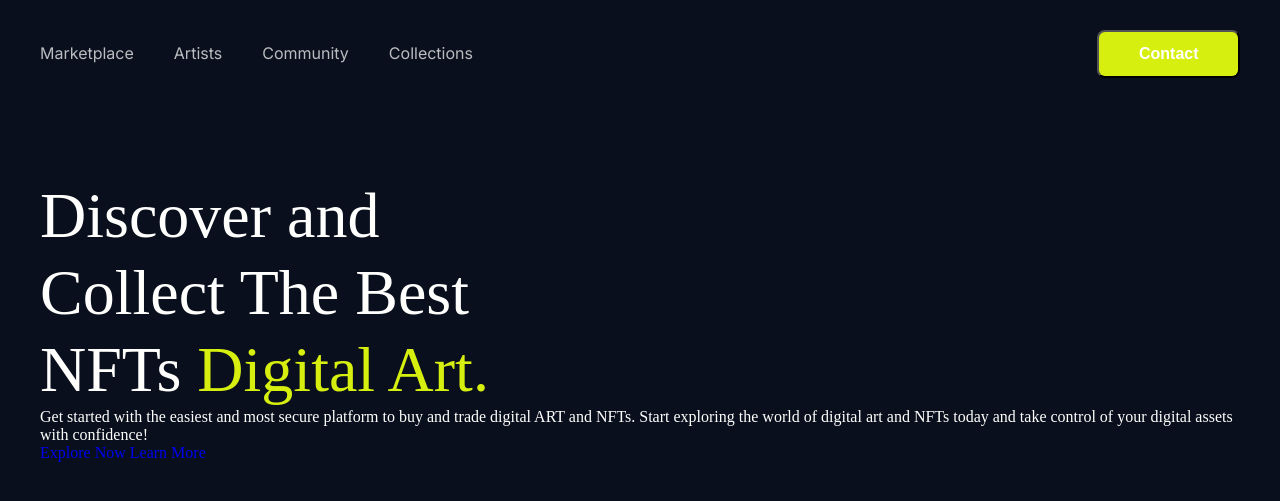
Repository: Kamron5505/NftMarketplace
Page: index.html
These files come from the project's save history. The page is drawn as it stood at one moment and after the next save; the edit follows.
The browser window is 1280 px wide. The pictures show the whole page.
Some web fonts or font styles are not loaded; a fallback is used.

Above is the page before, as saved 2025-07-08 00:08:26.

### index.html
<!DOCTYPE html>
<html lang="en">

<head>
    <meta charset="UTF-8">
    <meta name="viewport" content="width=device-width, initial-scale=1.0">
    <title>NFTMarketplace Landing</title>
    <link rel="stylesheet" href="./style.css">
    <link
        href="https://fonts.googleapis.com/css2?family=Inter:wght@400;600;700&family=Source+Sans+Pro:wght@400;600;700&display=swap"
        rel="stylesheet">
</head>

<body>
    <header class="header">
        <div class="container">
            <nav class="nav">
                <ul class="nav-list">
                    <li class="nav-item"><a href="#" class="nav-link">Marketplace</a></li>
                    <li class="nav-item"><a href="#" class="nav-link">Artists</a></li>
                    <li class="nav-item"><a href="#" class="nav-link">Community</a></li>
                    <li class="nav-item"><a href="#" class="nav-link">Collections</a></li>
                </ul>
                <button class="header-contact-btn">Contact</button>
            </nav>
        </div>
    </header>
    <main class="main">
        <section class="nft-section">
            <div class="container">
                <div class="nft-wrapper">
                    <div class="content-left">
                        <h1 class="title">
                            Discover and <br>
                            Collect The Best <br>
                            NFTs <span class="highlight"> Digital Art.</span>
                        </h1>

                        <p class="description">
                            Get started with the easiest and most secure platform to buy and trade digital ART and NFTs.
                            Start exploring the world of digital art and NFTs today and take control of your digital
                            assets with confidence!
                        </p>

                        <div class="buttons">
                            <a href="#" class="btn btn-primary">Explore Now</a>
                            <a href="#" class="btn btn-secondary">Learn More</a>
                        </div>

                        <!-- <div class="stats">
                            <div class="stat">
                                <div class="number">8.9K</div>
                                <div class="label">Art work</div>
                            </div>
                            <div class="stat">
                                <div class="number">65K</div>
                                <div class="label">Artist</div>
                            </div>
                            <div class="stat">
                                <div class="number">87K</div>
                                <div class="label">Collection</div>
                            </div>
                        </div>
                    </div> -->
                    <!-- <div class="content-right">
                        <div class="card">
                            <img src="nft-image.jpg" alt="NFT Image" class="card-image">
                            <div class="card-info">
                                <div class="card-timer">
                                    <span>Ends in</span>
                                    <span class="time">05:45:47</span>
                                </div>
                                <div class="card-bid">
                                    <span>Current bid</span>
                                    <span class="eth">0.24 ETH</span>
                                </div>
                                <a href="#" class="btn btn-bid">Place A Bid</a>
                            </div>
                        </div>
                    </div> -->
                </div>
            </div>
        </section>
    </main>
</body>

</html>

### style.css
@font-face {
    font-family: 'Canela';
    src: url('../fonts/Canela-Bold.woff2') format('woff2');
    font-weight: bold;
    font-style: normal;
}

* {
    margin: 0;
    padding: 0;
    text-decoration: none;
    list-style: none;
    box-sizing: border-box;
}

body {
    background: #090f1d;
    color: #fffffd;
}

:root {
    --font-family: "Inter", sans-serif;
    ---family: "Source Sans Pro", sans-serif;
    --third-family: "Canela", sans-serif;
}

h1,
h2,
h3,
h4,
h5,
h6 {
    font-family: 'Canela', serif;
    font-weight: bold;
    font-weight: 500;
    font-size: 64px;
    line-height: 120%;
    color: #fffffd;
}

:root {
    --font-family: "Inter", sans-serif;
    --second-family: "Source Sans Pro", sans-serif;
    --third-family: "Canela", sans-serif;
}

.highlight {
    color: #d6ef0e;
}

.header {
    margin-top: 30px;
    font-family: "Inter", sans-serif;
}

.container {
    width: 1200px;
    margin: 0 auto;
}

.nav {
    display: flex;
    align-items: center;
    justify-content: space-between;
}

.nav-list {
    display: flex;
    gap: 40px;
}


.nav-link {
    font-weight: 400;
    font-size: 16px;
    line-height: 160%;
    color: rgba(255, 255, 253, 0.72);
}

.nav-link:hover {
    border-bottom: 1px solid #d6ef0e;
    width: 94px;
    height: 26px;
    transition: all 0.3s ease;
}

.header-contact-btn {
    background: #d6ef0e;
    border-radius: 8px;
    padding: 12px 40px;
    width: 143px;
    height: 48px;
    font-weight: 700;
    font-size: 16px;
    line-height: 120%;
    color: #fff;
}



.nft-section {
    margin-top: 100px;
}


.nft-wrapper {}

.content-left {}

.title {}

.highlight {}

.description {}

.buttons {}

.btn {}

.btn-primary {}

.btn-secondary {}

After the next save:
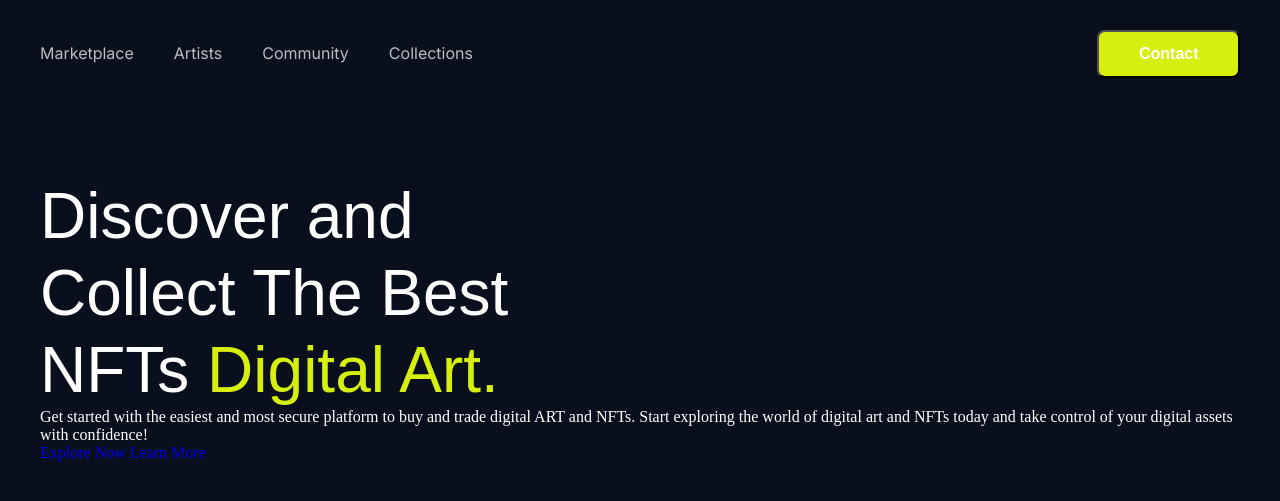
Saved 8 s later.
--- a/style.css
+++ b/style.css
@@ -21,7 +21,7 @@ body {
 :root {
     --font-family: "Inter", sans-serif;
     ---family: "Source Sans Pro", sans-serif;
-    --third-family: "Canela", sans-serif;
+    --font-family: "Canela", sans-serif;
 }
 
 h1,
@@ -30,7 +30,7 @@ h3,
 h4,
 h5,
 h6 {
-    font-family: 'Canela', serif;
+    font-family: "Canela", sans-serif;
     font-weight: bold;
     font-weight: 500;
     font-size: 64px;
